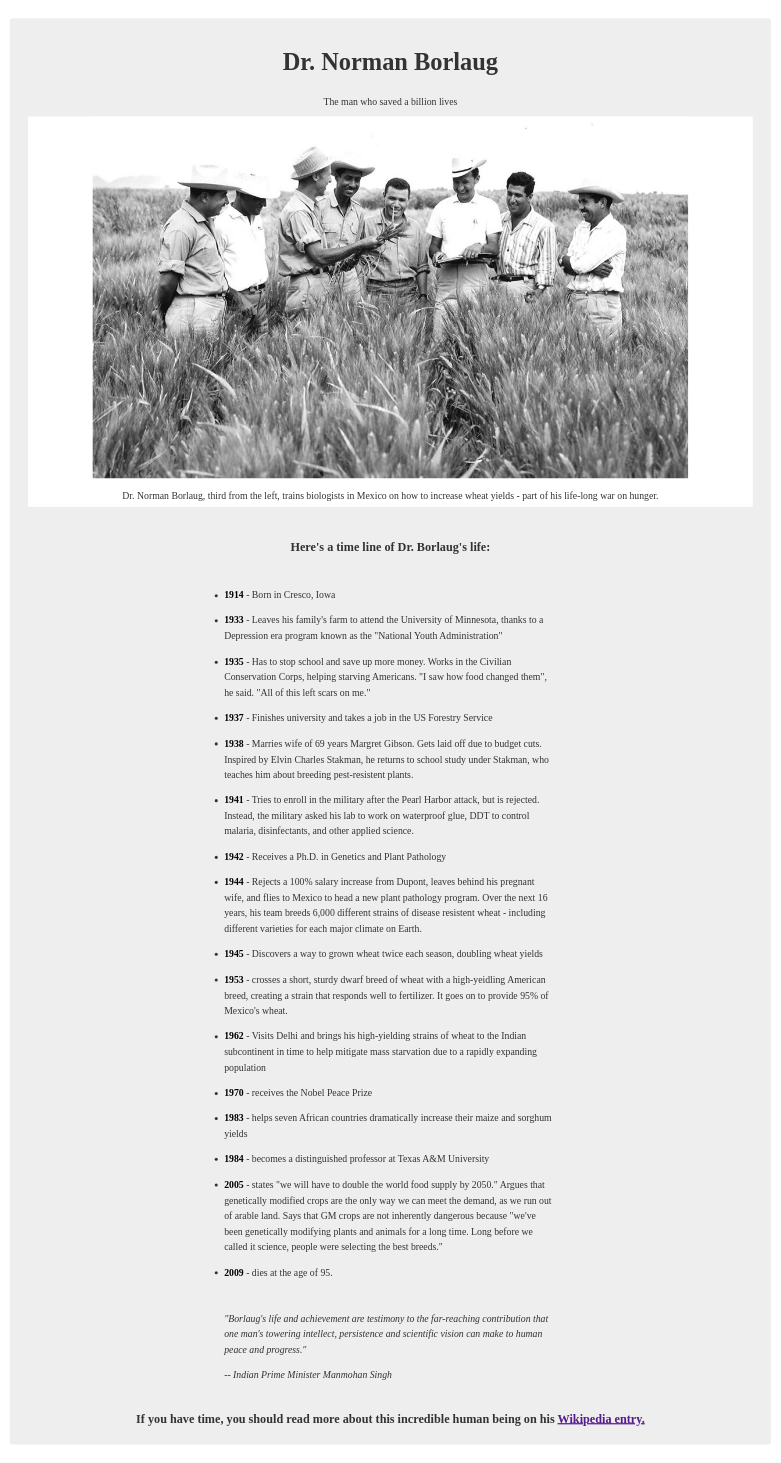
Repository: HTDuy01/github-demo
Page: freecodecamp/index.html
These files come from the project's save history. The page is drawn as it stood at one moment and after the next save; the edit follows.
The browser window is 1280 px wide. The pictures show the whole page, at 61% of full size.

Above is the page before, as saved 2021-11-18 21:42:56.

### freecodecamp/index.html
<!DOCTYPE html>
<html lang="en">
<head>
    <meta charset="UTF-8">
    <meta http-equiv="X-UA-Compatible" content="IE=edge">
    <meta name="viewport" content="width=device-width, initial-scale=1.0">
    <title>Document</title>
    <link rel="stylesheet" href="/assets/css/style.css">
    <link rel="stylesheet" href="/assets/css/base.css">
</head>
<body>
    <div class="main">
        <header id="title">
            <h1 class="heading">Dr. Norman Borlaug</h1>
            <p class="sub-heading">The man who saved a billion lives</p>
        </header>

        <div id="img-div">
            <img src="/assets/img/tribute-page-main-image.jpg" alt="" class="img">
            <p class="sub-img">Dr. Norman Borlaug, third from the left, trains biologists in Mexico on how to increase wheat yields - part of his life-long war on hunger.</p>
        </div>

        <div class="content">
            <h3 class="content-heading">Here's a time line of Dr. Borlaug's life:</h3>
            <ul class="content-list">
                <li class="content-item">
                    <strong>1914</strong>
                     - Born in Cresco, Iowa
                </li>
                <li class="content-item">
                    <strong>1933</strong>
                      - Leaves his family's farm to attend the University of Minnesota, thanks to a Depression era program known as the "National Youth Administration"
                </li>
                <li class="content-item">
                    <strong>1935</strong>
                     - Has to stop school and save up more money. Works in the Civilian Conservation Corps, helping starving Americans. "I saw how food changed them", he said. "All of this left scars on me."
                </li>
                <li class="content-item">
                    <strong>1937</strong>
                     - Finishes university and takes a job in the US Forestry Service
                </li>
                <li class="content-item">
                    <strong>1938</strong>
                     - Marries wife of 69 years Margret Gibson. Gets laid off due to budget cuts. Inspired by Elvin Charles Stakman, he returns to school study under Stakman, who teaches him about breeding pest-resistent plants.
                </li>
                <li class="content-item">
                    <strong>1941</strong>
                      - Tries to enroll in the military after the Pearl Harbor attack, but is rejected. Instead, the military asked his lab to work on waterproof glue, DDT to control malaria, disinfectants, and other applied science.
                </li>
                <li class="content-item">
                    <strong>1942</strong>
                       - Receives a Ph.D. in Genetics and Plant Pathology
                </li>
                <li class="content-item">
                    <strong>1944</strong>
                    - Rejects a 100% salary increase from Dupont, leaves behind his pregnant wife, and flies to Mexico to head a new plant pathology program. Over the next 16 years, his team breeds 6,000 different strains of disease resistent wheat - including different varieties for each major climate on Earth.
                </li>
                <li class="content-item">
                    <strong>1945</strong>
                     - Discovers a way to grown wheat twice each season, doubling wheat yields
                </li>
                <li class="content-item">
                    <strong>1953</strong>
                      - crosses a short, sturdy dwarf breed of wheat with a high-yeidling American breed, creating a strain that responds well to fertilizer. It goes on to provide 95% of Mexico's wheat.
                </li>
                <li class="content-item">
                    <strong>1962</strong>
                     - Visits Delhi and brings his high-yielding strains of wheat to the Indian subcontinent in time to help mitigate mass starvation due to a rapidly expanding population
                </li>
                <li class="content-item">
                    <strong>1970</strong>
                     - receives the Nobel Peace Prize
                </li>
                <li class="content-item">
                    <strong>1983</strong>
                      - helps seven African countries dramatically increase their maize and sorghum yields
                </li>
                <li class="content-item">
                    <strong>1984</strong>
                     - becomes a distinguished professor at Texas A&M University
                </li>
                <li class="content-item">
                    <strong>2005</strong>
                     - states "we will have to double the world food supply by 2050." Argues that genetically modified crops are the only way we can meet the demand, as we run out of arable land. Says that GM crops are not inherently dangerous because "we've been genetically modifying plants and animals for a long time. Long before we called it science, people were selecting the best breeds."
                </li>
                <li class="content-item">
                    <strong>2009</strong>
                      - dies at the age of 95.
                </li>
            </ul>

            <div class="content-end">
                <p class="content-end__heading">"Borlaug's life and achievement are testimony to the far-reaching contribution that one man's towering intellect, persistence and scientific vision can make to human peace and progress."</p>
                <p class="content-end__sub-heading">-- Indian Prime Minister Manmohan Singh</p>
            </div>
        </div>

        <footer class="footer">
            <h3 class="footer-heading">
                If you have time, you should read more about this incredible human being on his
                <a href="" target="-blank" class="footer-heading__link">Wikipedia entry.</a>
            </h3>
        </footer>
    </div>
</body>
</html>

### freecodecamp/assets/css/style.css
.main {
    background-color: #eee;
    margin: 30px 8px;
    padding: 15px;
    border-radius: 5px;
}

/* header */
#title {
    text-align: center;
}

.heading {
    color: var(--color-header);
    font-size: 4rem;
    font-weight: 700;
    margin-top: 27px;
    line-height: 60px;
}

.sub-heading {
    font-size: 1.6rem;
    color: var(--color-header);
    font-weight: 300;
}

/* Bener */
#img-div {
    height: 640px;
    background-color: #fff;
    margin: 0 15px;
    text-align: center;
}

.img {
    width: 976px;
    height: 593px;
}

.sub-img {
    font-size: 1.6rem;
    color: var(--color-header);
    font-weight: 400;
}

.content-heading {
    font-size: 2rem;
    color: var(--color-header);
    font-weight: 600;
    text-align: center;
    margin: 50px 0;
}


.content {
    max-width: 545px;
    text-align: left;
    margin: 0 auto 50px auto;
    line-height: 1.6;
}

.content-list {
    padding-left: 0;
    margin-bottom: 50px;
}

.content-item {
    font-size: 1.6rem;
    margin: 16px 0;
    color: rgb(51,51,51);
}

strong {
    color: #000
}

.content-end {
    font-style: italic;
    max-width: 545px;
    margin: 0 auto 50px auto;
    text-align: left;
    color:rgb(51,51,51) ;
    font-size: 1.6rem;
}

.footer-heading {
    font-size: 2rem;
    color: var(--color-header);
    text-align: center;
}

### freecodecamp/assets/css/base.css

* {
    box-sizing: inherit;
}

html {
    font-size: 62.5%;
    line-height: 1.6rem;
    /* font-family: -apple-system, BlinkMacSystemFont, 'Segoe UI', 'Roboto', 'Helvetica Neue', Arial, sans-serif; */
    box-sizing: border-box;
}

:root {
    --color-header:#333;
}

After the next save:
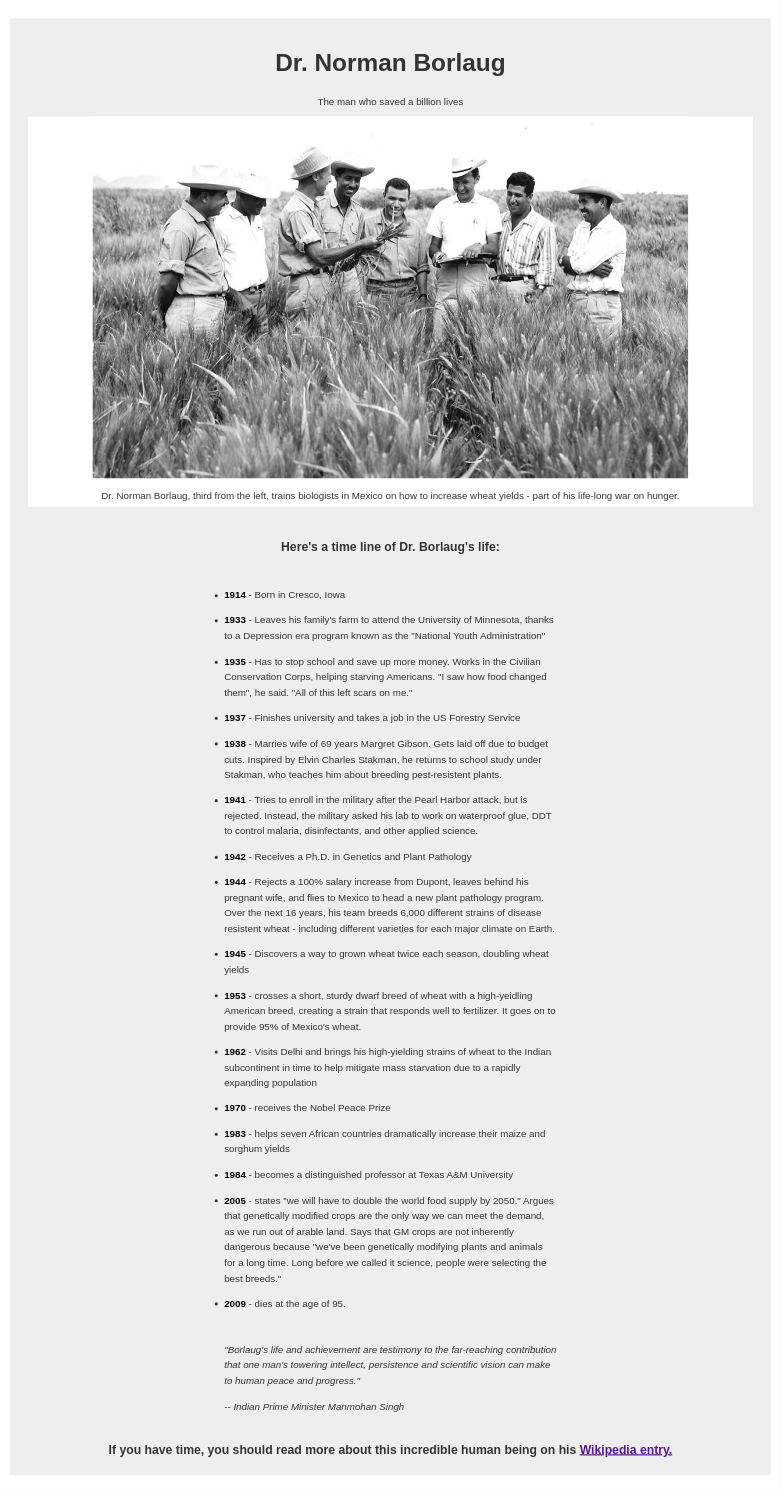
Saved 110 s later.
--- a/freecodecamp/assets/css/base.css
+++ b/freecodecamp/assets/css/base.css
@@ -6,7 +6,7 @@
 html {
     font-size: 62.5%;
     line-height: 1.6rem;
-    /* font-family: -apple-system, BlinkMacSystemFont, 'Segoe UI', 'Roboto', 'Helvetica Neue', Arial, sans-serif; */
+    font-family:Arial, Helvetica, sans-serif;
     box-sizing: border-box;
 }
 
